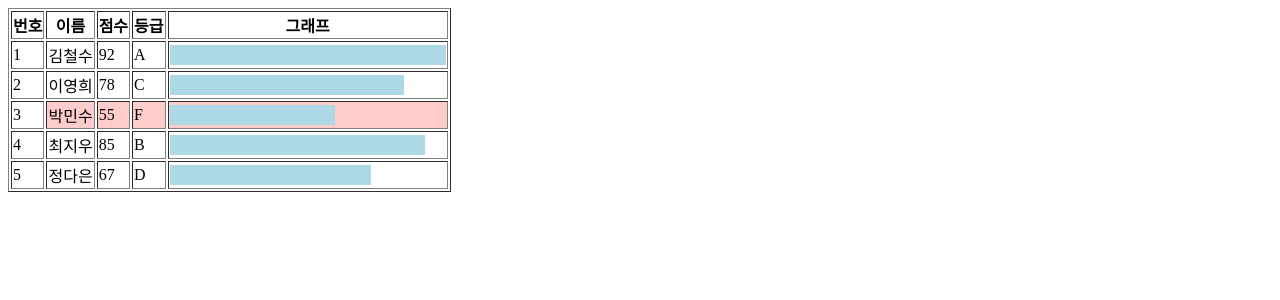
Repository: tldnwkd/jspclass2026
Page: http://localhost/chapter01/example_score.jsp
The author's editor kept a copy of each file at every save. The page is drawn from the files as they stood at one save, then again after the next save.
The browser window is 1280 px wide. The pictures show the whole page.
The page is served by Tomcat 9.

Above is the page before, as saved 2026-10-16 05:40:29.

### chapter01/src/main/webapp/example_score.jsp
<%@ page language="java" contentType="text/html; charset=UTF-8"
    pageEncoding="UTF-8" import="java.util.*"%>
<!DOCTYPE html>
<html>
<head>
<meta charset="UTF-8">
<title>Insert title here</title>
</head>
<body>
	<%!
		String[] names = {"김철수", "이영희", "박민수", "최지우", "정다은"};
		int[] scores = {92, 78, 55, 85, 67};

		 public char getGrade(int score){
			 char result;
			 if(score>=90){
				 result = 'A';
			 }else if(score>=80){
				 result = 'B';
			 }else if(score>=70){
				 result = 'C';
			 }else if(score>=60){
				 result = 'D';
			 }else{
				 result = 'F';
			 }
			 return result;
		 };
	%>
	<table border="1">
	<tr>
	<th>번호</th><th>이름</th><th>점수</th><th>등급</th><th>그래프</th>
	</tr>
	<% for(int i=0; i<names.length; i++) {%>
		<tr <%=scores[i]<=60%>?style="background:#ffcccc":style="background:white">
		<%if(scores[i]<=60){%>
			<td ><%=i+1%></td>
			<td style="background:#ffcccc"><%= names[i] %></td>
			<td style="background:#ffcccc"><%=scores[i]%></td>
			<td style="background:#ffcccc"><%= getGrade(scores[i]) %></td>
			<td style="background:#ffcccc"><div style="width:<%=scores[i]*3%>px; background-color:lightblue; height:20px;"></div></td>
			</tr>
		<%}else{%>
			<td><%=i+1%></td>
			<td><%= names[i] %></td>
			<td><%=scores[i]%></td>
			<td><%= getGrade(scores[i]) %></td>
			<td><div style="width:<%=scores[i]*3%>px; background-color:lightblue; height:20px;"></div></td>
			</tr>
		<%}%>
	<%} %>
	</table>
</body>
</html>

After the next save:
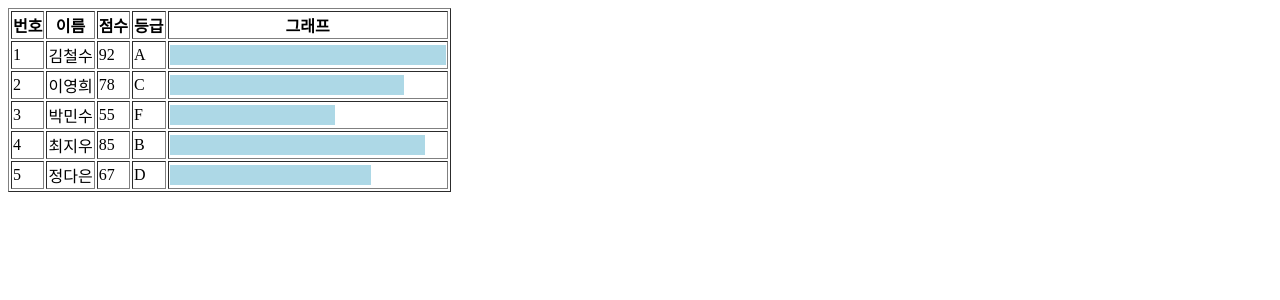
Saved 29 s later.
--- a/chapter01/src/main/webapp/example_score.jsp
+++ b/chapter01/src/main/webapp/example_score.jsp
@@ -33,21 +33,12 @@
 	</tr>
 	<% for(int i=0; i<names.length; i++) {%>
 		<tr <%=scores[i]<=60%>?style="background:#ffcccc":style="background:white">
-		<%if(scores[i]<=60){%>
-			<td ><%=i+1%></td>
-			<td style="background:#ffcccc"><%= names[i] %></td>
-			<td style="background:#ffcccc"><%=scores[i]%></td>
-			<td style="background:#ffcccc"><%= getGrade(scores[i]) %></td>
-			<td style="background:#ffcccc"><div style="width:<%=scores[i]*3%>px; background-color:lightblue; height:20px;"></div></td>
-			</tr>
-		<%}else{%>
 			<td><%=i+1%></td>
 			<td><%= names[i] %></td>
 			<td><%=scores[i]%></td>
 			<td><%= getGrade(scores[i]) %></td>
 			<td><div style="width:<%=scores[i]*3%>px; background-color:lightblue; height:20px;"></div></td>
 			</tr>
-		<%}%>
 	<%} %>
 	</table>
 </body>
